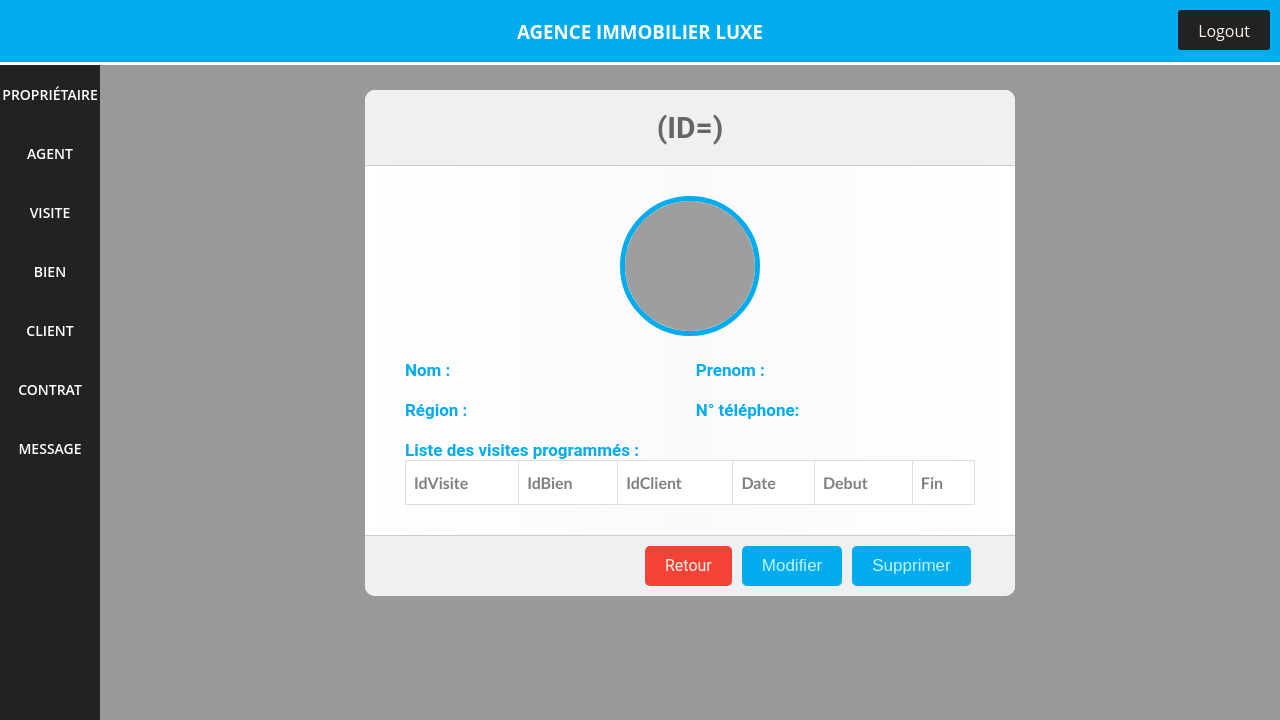
Repository: hassen-mnejja/Real_Estate_Agency_Website
Page: http://localhost/backoffice/WEB-INF/clientdescriptif.jsp
An editor plug-in stored every save of this project. The page is shown before and after the next save, followed by the edit.
The browser window is 1280 px wide. The pictures show the whole page.
Pictures or frames that could not be fetched are drawn as grey boxes. Some icons come from a web library that is not loaded, so they are not drawn. The page is served by Tomcat 9. Nobody is signed in. The template is opened directly, without the code that normally fills it, so the values that code supplies are empty.

Above is the page before, as saved 2020-06-23 23:00:52.

After the next save:
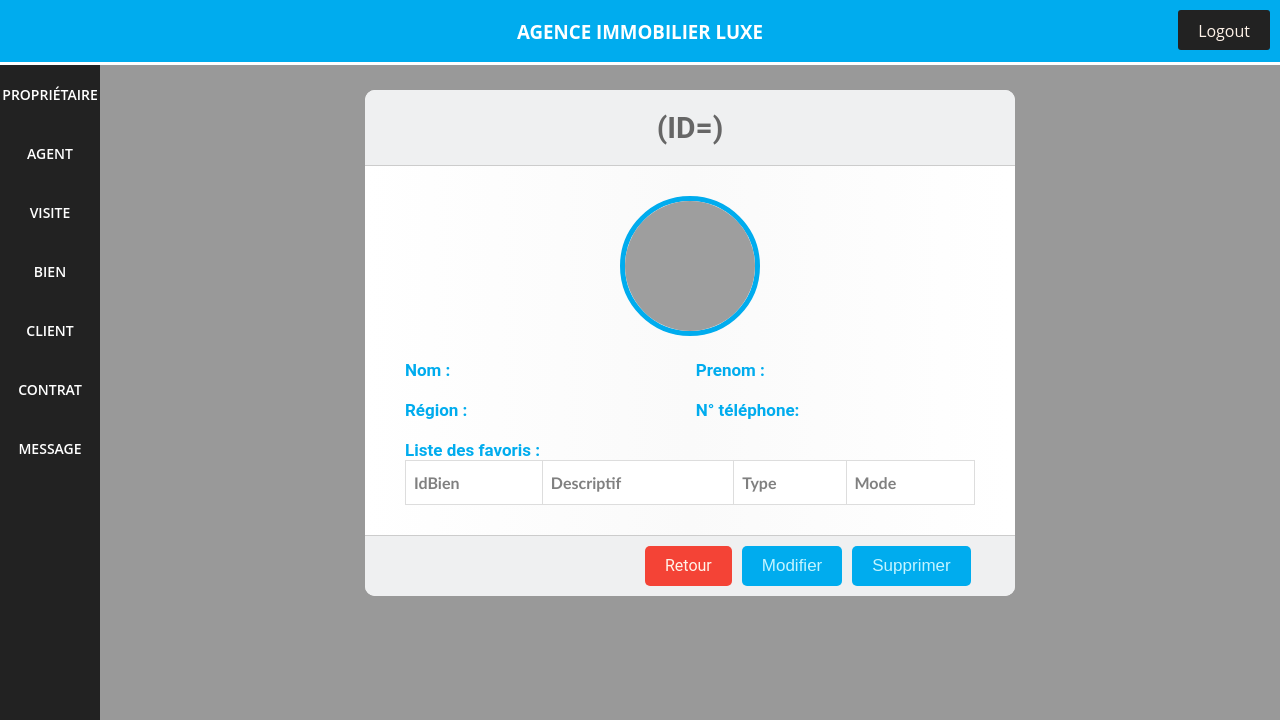
Saved 2 min 3 s later.
--- a/backoffice/WebContent/WEB-INF/clientdescriptif.jsp
+++ b/backoffice/WebContent/WEB-INF/clientdescriptif.jsp
@@ -102,16 +102,14 @@
 
 				<!-- Liste des visites -->
 				<div class="form-group">
-					<label for="mod5" class="label-title">Liste des visites programmés :</label>
+					<label for="mod5" class="label-title">Liste des favoris :</label>
 					<table id="elements">
 						<thead>
 							<tr>
-								<th>IdVisite</th>
 								<th>IdBien</th>
-								<th>IdClient</th>
-								<th>Date</th>
-								<th>Debut</th>
-								<th>Fin</th>
+								<th>Descriptif</th>
+								<th>Type</th>
+								<th>Mode</th>
 							</tr>
 						<thead>
 						<tbody>
